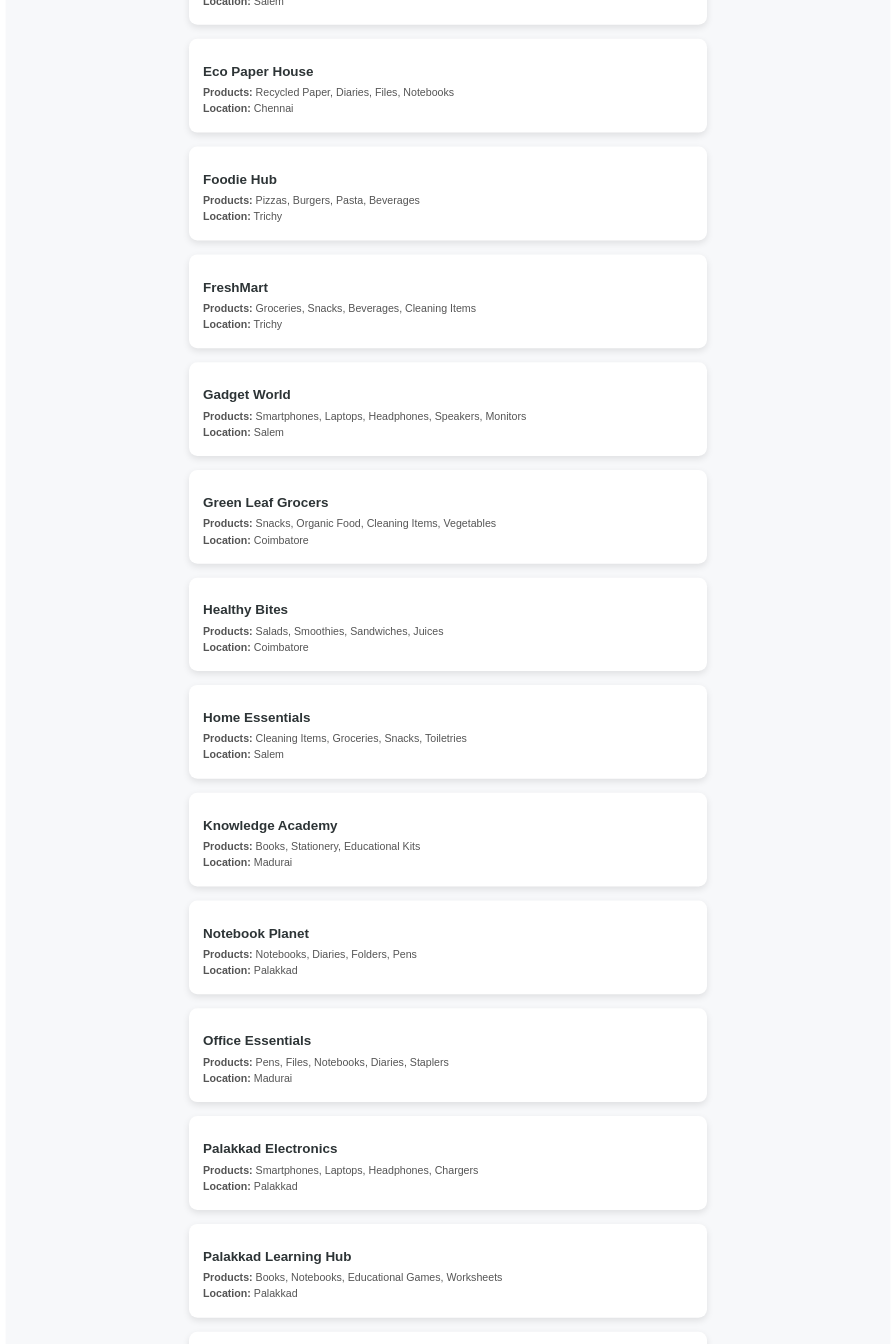
Repository: Pavithra-09git/CarSort
Page: /
These files come from the project's save history. The page is drawn as it stood at one moment and after a run of saves; the edit follows.
The browser window is 1280 px wide. The pictures show the part of the page from y = 1218 to 3138 px (the page is 4842 px tall), at 70% of full size.
The project was rebuilt for these pictures with package versions that can differ from the ones it lists, and the page was loaded fresh each time. Also part of the build but not shown: vite.config.js.

Above is the page before, as saved 2025-10-26 12:04:13.

### index.html
<!doctype html>
<html lang="en">
  <head>
    <meta charset="UTF-8" />
    <link rel="icon" type="image/svg+xml" href="/vite.svg" />
    <meta name="viewport" content="width=device-width, initial-scale=1.0" />
    <title>table</title>
  </head>
  <body>
    <div id="root"></div>
    <script type="module" src="/src/main.jsx"></script>
  </body>
</html>

### src/App.jsx
import React, { useState } from "react";
import {shops} from './data'
import "./App.css";

function App() {
  const [search, setSearch] = useState("");



  // Sort alphabetically
  const sortedShops = [...shops].sort((a, b) => a.name.localeCompare(b.name));

  // Filter by search input
  const filteredShops = sortedShops.filter((shop) =>
    shop.name.toLowerCase().includes(search.toLowerCase()) ||
  shop.products.toLowerCase().includes(search.toLowerCase())
  );

  return (
    <div className="container">
      <h1>Shop Directory</h1>

      <input
        type="text"
        placeholder="Search shop..."
        value={search}
        onChange={(e) => setSearch(e.target.value)}
        className="search-box"
      />

      <div className="card-column">
        {filteredShops.length > 0 ? (
          filteredShops.map((shop) => (
            <div className="card" key={shop.id}>
              <h2>{shop.name}</h2>
              <p>
                <strong>Products:</strong> {shop.products}
              </p>
              <p>
                <strong>Location:</strong> {shop.location}
              </p>
            </div>
          ))
        ) : (
          <p className="no-result">No shops found.</p>
        )}
      </div>
    </div>
  );
}

export default App;

### src/data.js
export const shops = [
  { id: 1, name: "Alpha Stationery", products: "Pens, Notebooks, Folders, Markers", location: "Coimbatore" },
  { id: 2, name: "Eco Paper House", products: "Recycled Paper, Diaries, Files, Notebooks", location: "Chennai" },
  { id: 3, name: "Campus Stationers", products: "Pens, Erasers, Scales, Notebooks, Markers", location: "Erode" },
  { id: 4, name: "Paper World", products: "Files, Diaries, Folders, A4 Sheets, Notebooks", location: "Chennai" },
  { id: 5, name: "Office Essentials", products: "Pens, Files, Notebooks, Diaries, Staplers", location: "Madurai" },
  { id: 6, name: "Stationery Hub", products: "Pens, Notebooks, Pencils, Markers", location: "Palakkad" },
  { id: 7, name: "Notebook Planet", products: "Notebooks, Diaries, Folders, Pens", location: "Palakkad" },
  { id: 8, name: "Bright Tech", products: "Laptops, Keyboards, Headphones, Mouse", location: "Madurai" },
  { id: 9, name: "Smart Gadgets Hub", products: "Smartphones, Chargers, Speakers, Headphones", location: "Coimbatore" },
  { id: 10, name: "Techno Zone", products: "Laptops, Mouse, Monitors, Chargers, Keyboards", location: "Trichy" },
  { id: 11, name: "Gadget World", products: "Smartphones, Laptops, Headphones, Speakers, Monitors", location: "Salem" },
  { id: 12, name: "Palakkad Electronics", products: "Smartphones, Laptops, Headphones, Chargers", location: "Palakkad" },
  { id: 13, name: "Daily Needs Mart", products: "Groceries, Cleaning Items, Snacks", location: "Salem" },
  { id: 14, name: "Green Leaf Grocers", products: "Snacks, Organic Food, Cleaning Items, Vegetables", location: "Coimbatore" },
  { id: 15, name: "Home Essentials", products: "Cleaning Items, Groceries, Snacks, Toiletries", location: "Salem" },
  { id: 16, name: "QuickMart", products: "Groceries, Beverages, Snacks, Household Items", location: "Chennai" },
  { id: 17, name: " Grocery Hub", products: "Snacks, Beverages, Cleaning Items, Fresh Vegetables", location: "Palakkad" },
  { id: 18, name: "FreshMart", products: "Groceries, Snacks, Beverages, Cleaning Items", location: "Trichy" },
  { id: 19, name: "Tasty Treats", products: "Burgers, Pizzas, Sandwiches, Beverages", location: "Chennai" },
  { id: 20, name: "Healthy Bites", products: "Salads, Smoothies, Sandwiches, Juices", location: "Coimbatore" },
  { id: 21, name: "Foodie Hub", products: "Pizzas, Burgers, Pasta, Beverages", location: "Trichy" },
  { id: 22, name: " Snacks Corner", products: "Snacks, Beverages, Burgers, Sandwiches", location: "Palakkad" },
  { id: 23, name: "Snack Attack", products: "Burgers, Sandwiches, Fries, Beverages", location: "Madurai" },
  { id: 24, name: "Knowledge Academy", products: "Books, Stationery, Educational Kits", location: "Madurai" },
  { id: 25, name: "Smart Learning Center", products: "Books, Worksheets, Study Materials, Learning Kits", location: "Coimbatore" },
  { id: 26, name: "Palakkad Learning Hub", products: "Books, Notebooks, Educational Games, Worksheets", location: "Palakkad" },
  { id: 27, name: "Study Smart", products: "Books, Worksheets, Notebooks, Study Kits", location: "Trichy" },
  { id: 28, name: "Creative Prints", products: "Posters, Visiting Cards, Brochures, Flyers", location: "Trichy" },
  { id: 29, name: "PrintCraft Studio", products: "Brochures, Business Cards, Posters, Flyers, Banners", location: "Coimbatore" },
  { id: 30, name: "Palakkad Print Hub", products: "Business Cards, Brochures, Posters, Flyers", location: "Palakkad" }
];

### src/App.css
/* Main container */
.container {
  min-height: 100vh;
  background-color: #f7f8fa;
  display: flex;
  flex-direction: column;
  align-items: center;
  padding: 40px 20px;
  font-family: "Poppins", sans-serif;
}

/* Title */
h1 {
  color: #2c3e50;
  margin-bottom: 20px;
  font-size: 2rem;
  text-align: center;
}

/* Search bar */
.search-box {
  width: 100%;
  max-width: 400px;
  padding: 10px 15px;
  border: 1px solid #ccc;
  border-radius: 8px;
  outline: none;
  font-size: 16px;
  transition: 0.3s;
  margin-bottom: 30px;
}

.search-box:focus {
  border-color: #007bff;
  box-shadow: 0 0 5px rgba(0, 123, 255, 0.3);
}

/* Cards vertical layout */
.card-column {
  display: flex;
  flex-direction: column;
  align-items: center;
  gap: 20px;
  width: 100%;
  max-width: 700px;
}

/* Individual card */
.card {
  background-color: white;
  border-radius: 12px;
  box-shadow: 0 4px 10px rgba(0, 0, 0, 0.1);
  width: 100%;
  padding: 20px;
  transition: transform 0.3s ease, box-shadow 0.3s ease;
}

.card:hover {
  transform: translateY(-5px);
  box-shadow: 0 6px 15px rgba(0, 0, 0, 0.15);
}

/* Card text */
.card h2 {
  font-size: 1.2rem;
  color: #2d3436;
  margin-bottom: 10px;
}

.card p {
  font-size: 0.95rem;
  color: #555;
  margin: 6px 0;
}

/* No result text */
.no-result {
  color: #777;
  text-align: center;
  font-size: 1rem;
}

Loaded but not shown: src/main.jsx (common file)

After the next 11 saves:
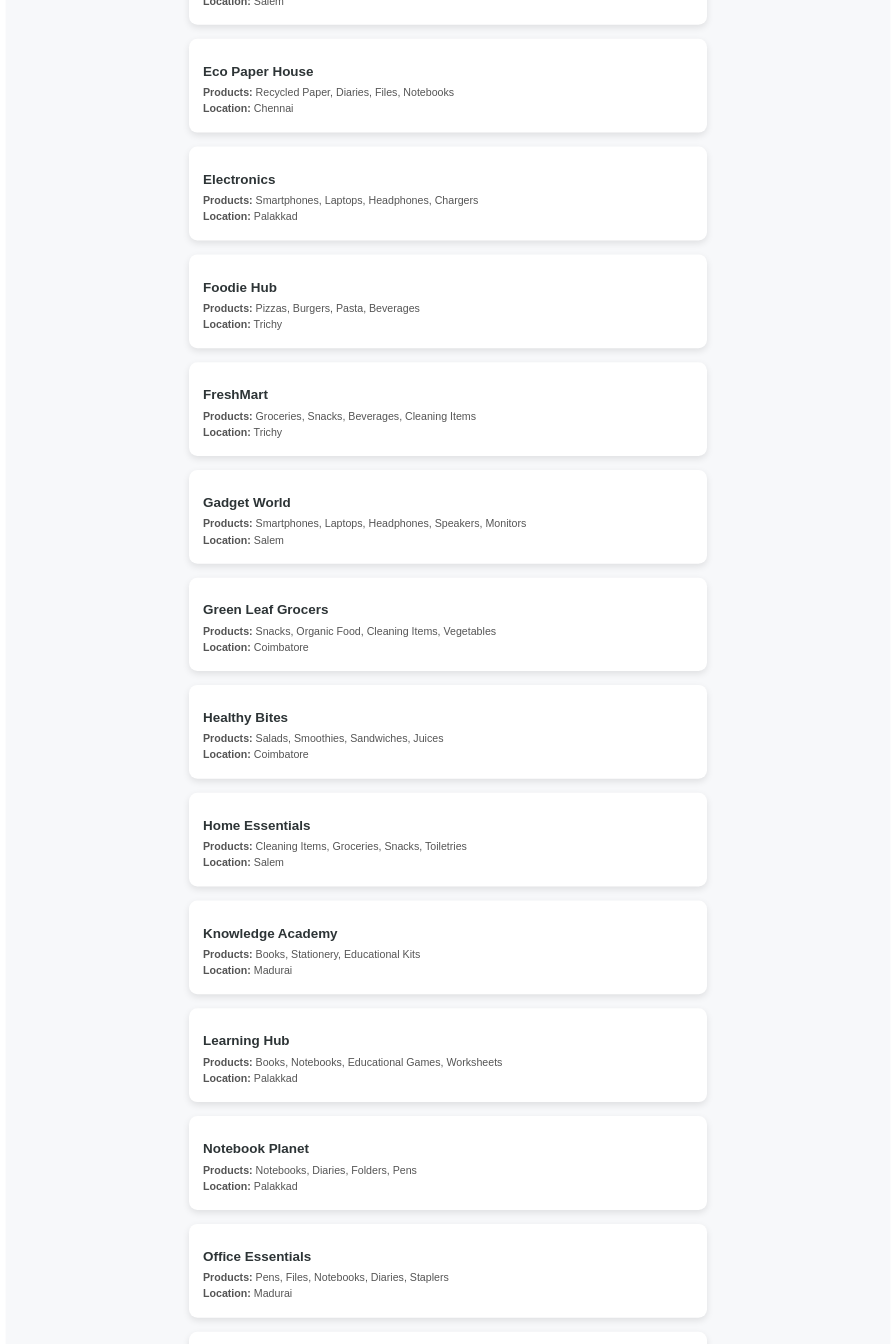
The 11 saves are shown as one change because they came seconds apart.
The last was saved 20 s later.
--- a/src/data.js
+++ b/src/data.js
@@ -10,7 +10,7 @@ export const shops = [
   { id: 9, name: "Smart Gadgets Hub", products: "Smartphones, Chargers, Speakers, Headphones", location: "Coimbatore" },
   { id: 10, name: "Techno Zone", products: "Laptops, Mouse, Monitors, Chargers, Keyboards", location: "Trichy" },
   { id: 11, name: "Gadget World", products: "Smartphones, Laptops, Headphones, Speakers, Monitors", location: "Salem" },
-  { id: 12, name: "Palakkad Electronics", products: "Smartphones, Laptops, Headphones, Chargers", location: "Palakkad" },
+  { id: 12, name: "Electronics", products: "Smartphones, Laptops, Headphones, Chargers", location: "Palakkad" },
   { id: 13, name: "Daily Needs Mart", products: "Groceries, Cleaning Items, Snacks", location: "Salem" },
   { id: 14, name: "Green Leaf Grocers", products: "Snacks, Organic Food, Cleaning Items, Vegetables", location: "Coimbatore" },
   { id: 15, name: "Home Essentials", products: "Cleaning Items, Groceries, Snacks, Toiletries", location: "Salem" },
@@ -24,9 +24,9 @@ export const shops = [
   { id: 23, name: "Snack Attack", products: "Burgers, Sandwiches, Fries, Beverages", location: "Madurai" },
   { id: 24, name: "Knowledge Academy", products: "Books, Stationery, Educational Kits", location: "Madurai" },
   { id: 25, name: "Smart Learning Center", products: "Books, Worksheets, Study Materials, Learning Kits", location: "Coimbatore" },
-  { id: 26, name: "Palakkad Learning Hub", products: "Books, Notebooks, Educational Games, Worksheets", location: "Palakkad" },
+  { id: 26, name: "Learning Hub", products: "Books, Notebooks, Educational Games, Worksheets", location: "Palakkad" },
   { id: 27, name: "Study Smart", products: "Books, Worksheets, Notebooks, Study Kits", location: "Trichy" },
   { id: 28, name: "Creative Prints", products: "Posters, Visiting Cards, Brochures, Flyers", location: "Trichy" },
   { id: 29, name: "PrintCraft Studio", products: "Brochures, Business Cards, Posters, Flyers, Banners", location: "Coimbatore" },
-  { id: 30, name: "Palakkad Print Hub", products: "Business Cards, Brochures, Posters, Flyers", location: "Palakkad" }
+  { id: 30, name: "Print Hub", products: "Business Cards, Brochures, Posters, Flyers", location: "Palakkad" }
 ];
